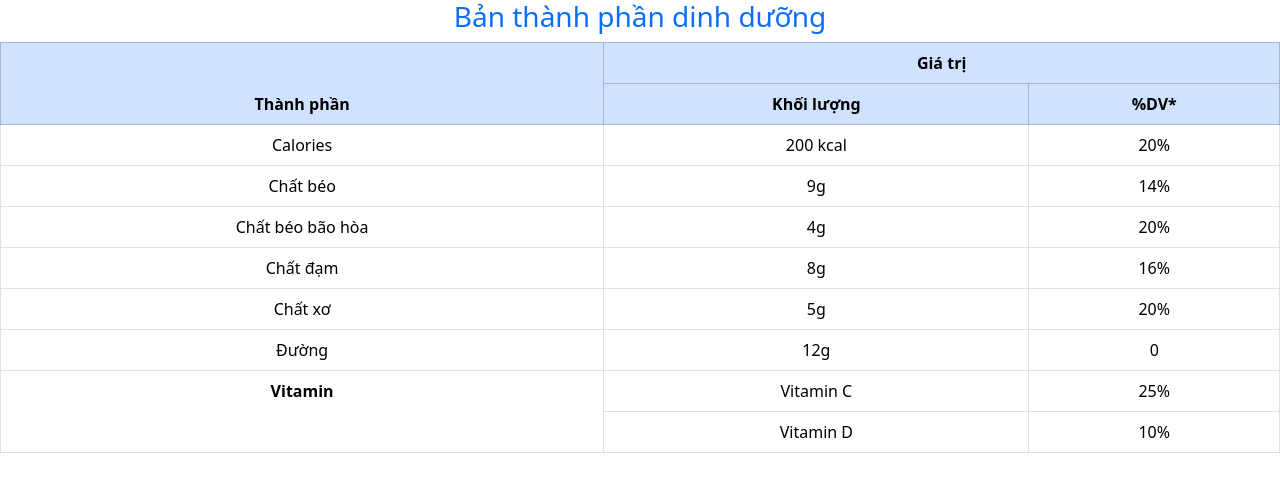
Repository: KizukoHeiwa/SOF308
Page: Lab2/bai1.html
An editor plug-in stored every save of this project. The page is shown before and after the next save, followed by the edit.
The browser window is 1280 px wide. The pictures show the whole page.

Above is the page before, as saved 2024-11-06 12:50:49.

### Lab2/bai1.html
<!DOCTYPE html>
<html lang="en">

<head>
    <meta charset="UTF-8">
    <meta name="viewport" content="width=device-width, initial-scale=1.0">
    <title>LAB2B1</title>
</head>

<body>
    <h3 class="text-center text-primary">Bản thành phần dinh dưỡng</h3>
    <table class="table table-bordered text-center">
        <thead class="table-primary">
            <tr>
                <th rowspan="2">Thành phần</th>
                <th colspan="2">Giá trị</th>
            </tr>
            <tr>
                <th>Khối lượng</th>
                <th>%DV*</th>
            </tr>
        </thead>
        <tbody>
            <tr>
                <td>Calories</td>
                <td>200 kcal</td>
                <td>20%</td>
            </tr>
            <tr>
                <td>Chất béo</td>
                <td>9g</td>
                <td>14%</td>
            </tr>
            <tr>
                <td>Chất béo bão hòa</td>
                <td>4g</td>
                <td>20%</td>
            </tr>
            <tr>
                <td>Chất đạm</td>
                <td>8g</td>
                <td>16%</td>
            </tr>
            <tr>
                <td>Chất xơ</td>
                <td>5g</td>
                <td>20%</td>
            </tr>
            <tr>
                <td>Đường</td>
                <td>12g</td>
                <td>0</td>
            </tr>
            <tr>
                <th rowspan="2">Vitamin</th>
                <td>Vitamin C</td>
                <td>25%</td>
            </tr>
            <tr>
                <td>Vitamin D</td>
                <td>10%</td>
            </tr>
        </tbody>
    </table>

    <link href="https://cdn.jsdelivr.net/npm/bootstrap@5.3.3/dist/css/bootstrap.min.css" rel="stylesheet">
    <link rel="stylesheet" href="https://cdnjs.cloudflare.com/ajax/libs/font-awesome/6.0.0-beta3/css/all.min.css">
    <script src="https://cdn.jsdelivr.net/npm/bootstrap@5.3.3/dist/js/bootstrap.bundle.min.js"></script>
</body>

</html>

After the next save:
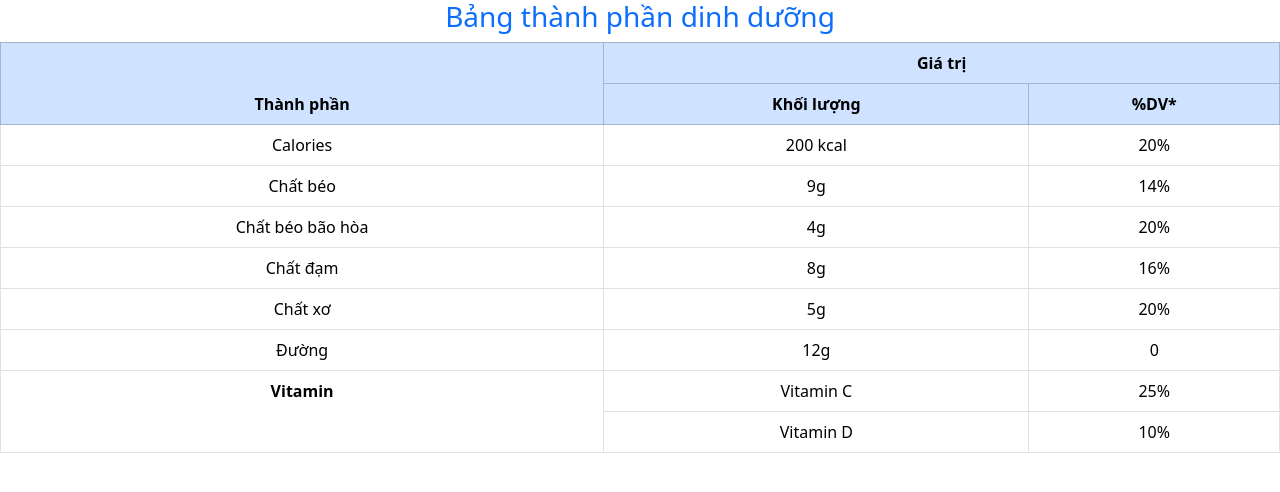
Saved 21 h 15 min later.
--- a/Lab2/bai1.html
+++ b/Lab2/bai1.html
@@ -8,7 +8,7 @@
 </head>
 
 <body>
-    <h3 class="text-center text-primary">Bản thành phần dinh dưỡng</h3>
+    <h3 class="text-center text-primary">Bảng thành phần dinh dưỡng</h3>
     <table class="table table-bordered text-center">
         <thead class="table-primary">
             <tr>
